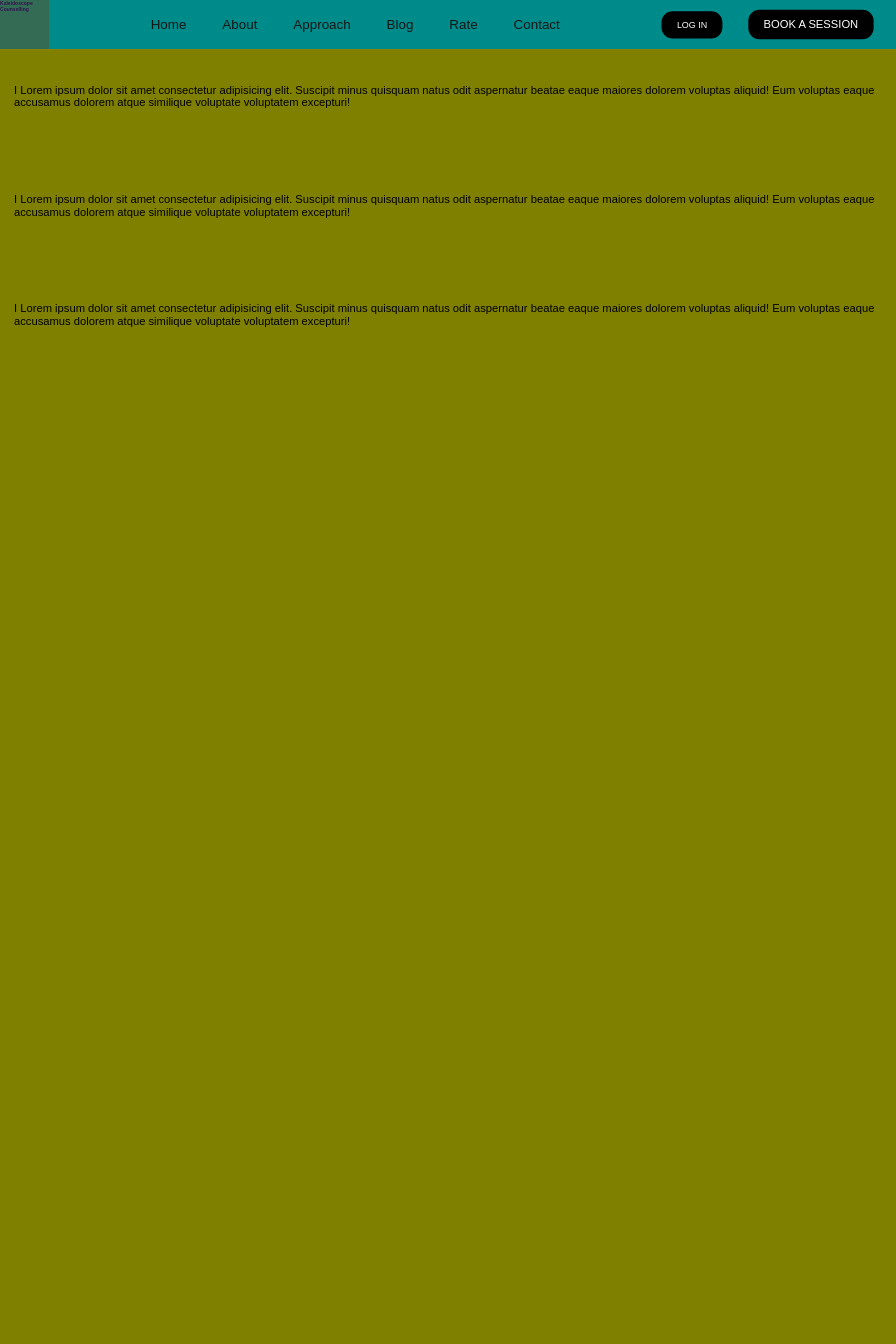
Repository: voutadi/ava-website
Page: index.html
These files come from the project's save history. The page is drawn as it stood at one moment and after a run of saves; the edit follows.
The browser window is 1280 px wide. The pictures show the part of the page from y = 0 to 1920 px (the page is 3120 px tall), at 70% of full size.

Above is the page before, as saved 2024-11-24 21:59:54.

### index.html
<!DOCTYPE html>
<html lang="en">
  <head>
    <meta charset="UTF-8" />
    <meta name="viewport" content="width=device-width, initial-scale=1.0" />
    <link rel="stylesheet" href="styles/style.css" />

    <title>Kaleidoscope Counselling</title>
  </head>
  <body>
    <div class="header">
      <div class="logo-container">
        <div class="logo">
          Kaleidoscope <br />
          Counselling
        </div>
      </div>
      <div class="navbar">
        <ul>
          <li><a href="#home">Home</a></li>
          <li>
            <a
              href="https://www.psychologytoday.com/ca/therapists/ava-outadi-port-moody-bc/1111563" target="_blank"
              >About</a
            >
          </li>
          <li><a href="#approach">Approach</a></li>
          <li><a href="#blog">Blog</a></li>
          <li><a href="#rate">Rate</a></li>
          <li><a href="#contact">Contact</a></li>
        </ul>
      </div>
      <div class="appointment">
        <button class="login">
          LOG IN
        </button>
        <button class="book-session">BOOK A SESSION</button>

      </div>

    </div>

    <p>
      I Lorem ipsum dolor sit amet consectetur adipisicing elit. Suscipit minus
      quisquam natus odit aspernatur beatae eaque maiores dolorem voluptas
      aliquid! Eum voluptas eaque accusamus dolorem atque similique voluptate
      voluptatem excepturi!
    </p>
    <p>
      I Lorem ipsum dolor sit amet consectetur adipisicing elit. Suscipit minus
      quisquam natus odit aspernatur beatae eaque maiores dolorem voluptas
      aliquid! Eum voluptas eaque accusamus dolorem atque similique voluptate
      voluptatem excepturi!
    </p>
    <p>
      I Lorem ipsum dolor sit amet consectetur adipisicing elit. Suscipit minus
      quisquam natus odit aspernatur beatae eaque maiores dolorem voluptas
      aliquid! Eum voluptas eaque accusamus dolorem atque similique voluptate
      voluptatem excepturi!
    </p>
  </body>
</html>

### styles/style.css
* {
  margin: 0;
  padding: 0;
  box-sizing: border-box;
}
body {
  background-color: rgb(128,128,0);

  height: 3000px;
  font-family: Arial, Helvetica, sans-serif;
  font-size: 1rem;
}
.header {
  max-width: 100%; /*Make sure Take all of her parent element(body)on all different devices .*/
  height: 70px;
  position: fixed;
  top: 0;
  left: 0;
  right: 0;
  background-color: rgb(0,139,139);

  display: flex;
  justify-content: space-between;
  align-items: center;

  box-shadow: 0 2px 4px rgba(243, 172, 172, 0.15); /* Adds a subtle shadow for depth, optional */
}
.logo-container {
  width: 70px; /* Put condition for smaller or biger divice*/

  background-color: rgb(51, 107, 85);
  height: 70px;
}
.logo {
  color: rgb(50, 21, 77);
  font-size: 0.45rem;
  font-weight: bold;
}

.navbar ul {
  display: flex;
  flex: 1;
  justify-content: center;
  list-style-type: none;
  flex-wrap: wrap;
}
.navbar li {
  display: flex;
  justify-content: end;
  margin: 1rem;
}
.navbar a {
  font-size: 2px;
  color: rgb(25, 20, 20);
  font-weight: 500;

  text-decoration: none;
}
.navbar a:hover {
  background-color: rgb(192, 175, 175);
  padding: 2px 4px;
  border-radius: 6px;
  transition: 0.15s;
}

.navbar a:active {
  background-color: rgb(176, 163, 163);
}
.login{
  background-color: black;
  color: rgb(255, 255, 255);
  font-size: .8rem;
  padding: 10px 20px;
  margin-right: 2rem;
  border-width: 2px;
  border-style: solid;

  cursor: pointer;

}

.book-session {

  background-color: black;
  color: rgb(255, 255, 255);
  font-size: 1rem;
  padding: 10px 20px;
  margin-right: 2rem;
  border-width: 2px;
  border-style: solid;

  cursor: pointer;
}
button:hover {
  background-color: white;

  color: black;
  transition: 0.15s;
  padding: 12px 24px;
}
button:active {
  padding: 18px 24px;
}
p {
  margin-top: 120px;
  margin-left: 20px;
}
@media (max-width: 380px) {
  body {
    font-size: 0.35rem;
  }
  /* Smaller font size */
}

button {
  font-size: 0.45rem;
  padding: 2px;
  margin-right: 0.3rem;
}
button:hover {
  font-size: 0.45rem;
  padding: 2px;
}
button:active {
  padding: 3px;
}
.navbar li {
  margin: 0.18rem;
}
.navbar a {
  font-size: 0.5rem;
}

@media (min-width: 381px) and (max-width: 600px) {
  body {
    font-size: 0.5rem;
  } /* Smaller font size */
  button {
    font-size: 0.5rem;
    padding: 2px 4px;
    margin-right: 0.5rem;
    border-radius: 10px;
  }
  button:hover {
    font-size: 0.5rem;
    padding: 2px;
  }
  button:active {
    padding: 3px;
  }
  .navbar li {
    margin: 0.3rem;
  }
  .navbar a {
    font-size: 0.6rem;
  }
}
@media (min-width: 601px) and (max-width: 910px) {
  body {
    font-size: 0.75rem;
  } /* Smaller font size */
  button {
    font-size: 0.75rem;
    padding: 2px 4px;
    margin-right: 0.75rem;
    border-radius: 10px;
  }
  button:hover {
    font-size: 0.75rem;
    padding: 2px;
  }
  button:active {
    padding: 3px;
  }
  .navbar li {
    margin: 0.5rem;
  }
  .navbar a {
    font-size: 0.8rem;
  }
}
@media (min-width: 911px) {
  .navbar a {
    font-size: 1.2rem;
  }
  .navbar li {
    margin: 1.6rem;
  }
  button {
    font-size: 1.2rem;
    font-weight: 600px;

    padding: 4px 8px;
    margin-right: 1rem;
    border-radius: 16px;
  }
  button:hover {
    font-size: 1.4rem;
    padding: 6px 10px;
  }
  button:active {
    padding: 3px;
  }
}

After the next 2 saves:
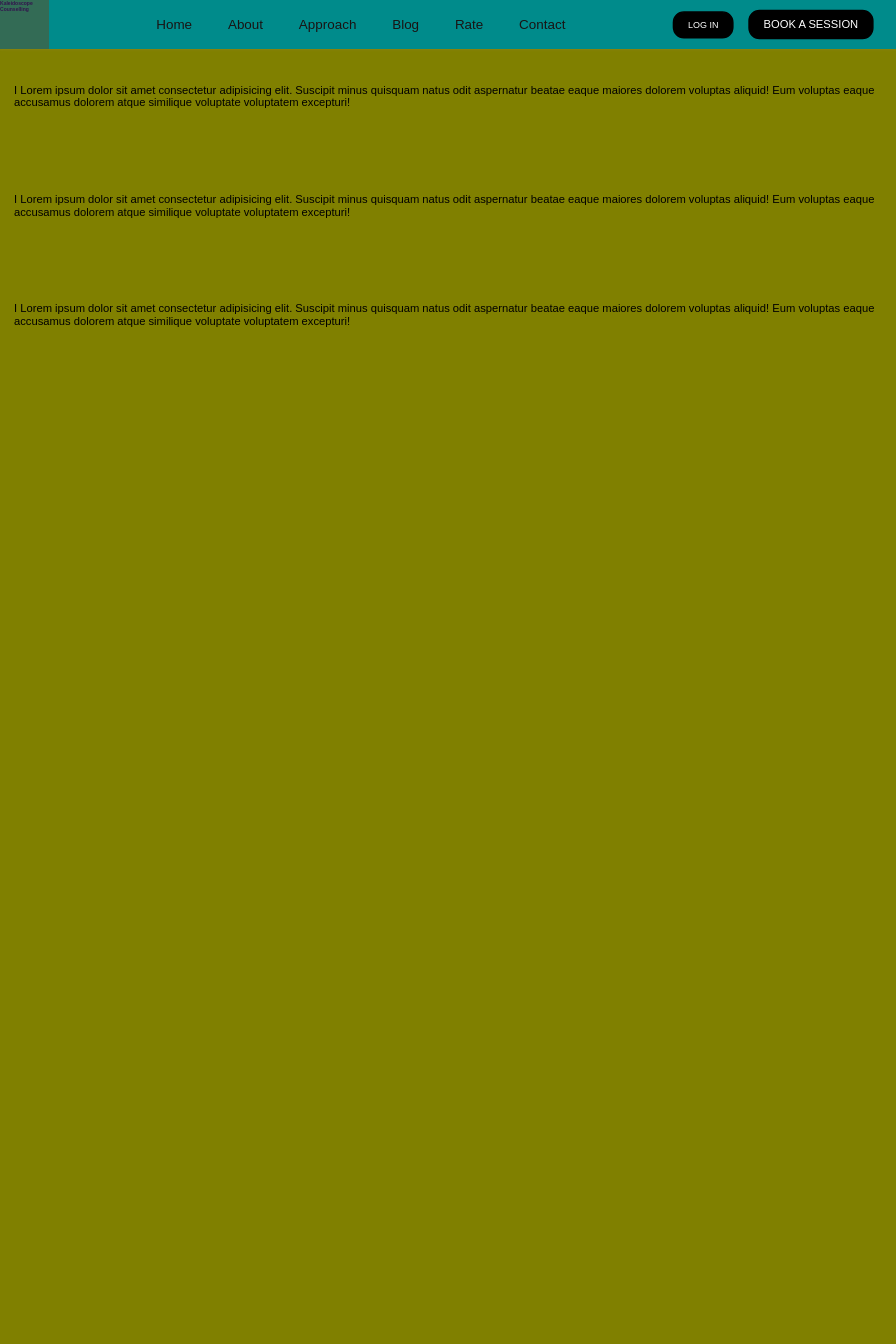
The 2 saves are shown as one change because they came seconds apart.
The last was saved 57 s later.
--- a/styles/style.css
+++ b/styles/style.css
@@ -71,7 +71,7 @@ body {
   color: rgb(255, 255, 255);
   font-size: .8rem;
   padding: 10px 20px;
-  margin-right: 2rem;
+  margin-right: 1rem;
   border-width: 2px;
   border-style: solid;
 
